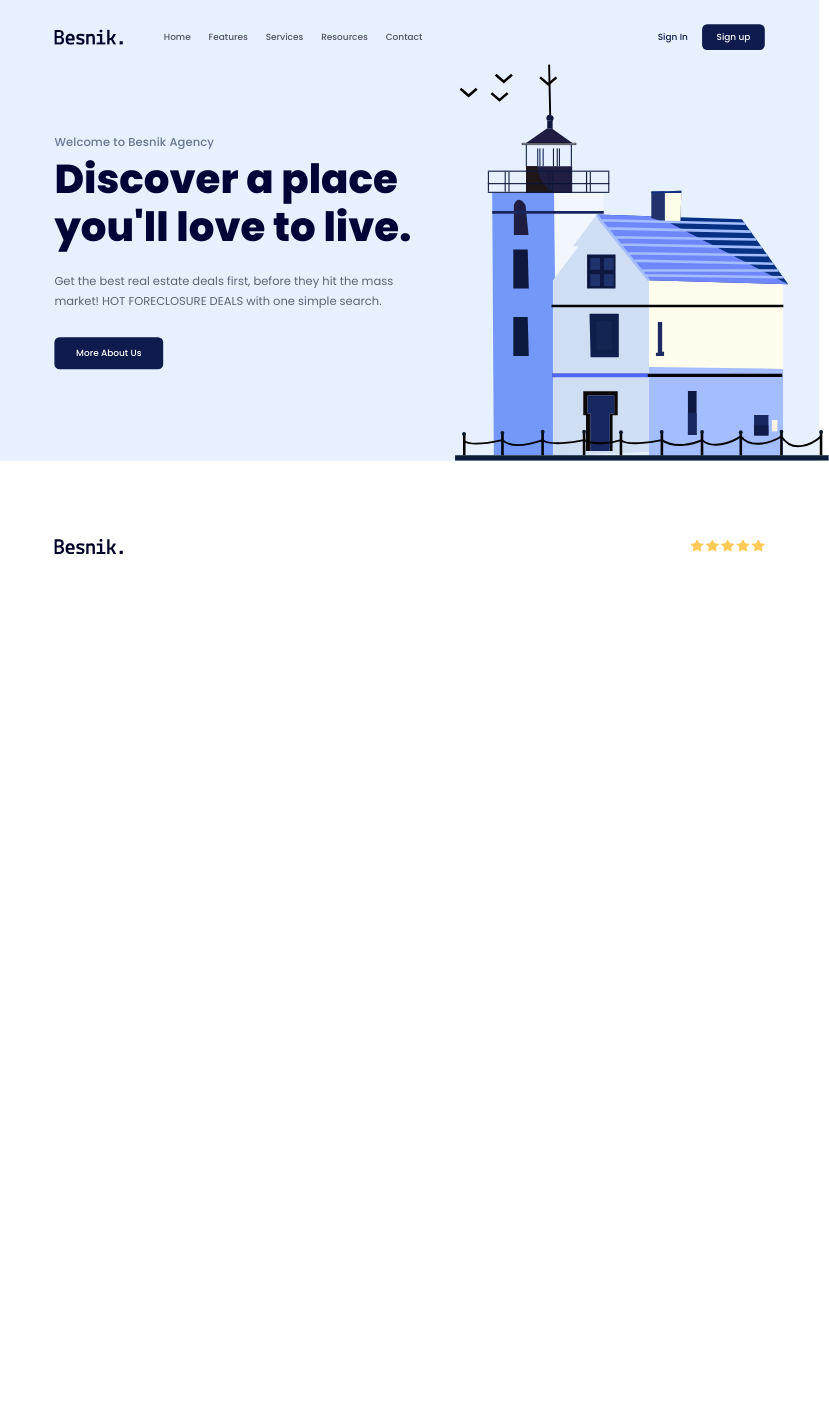
Repository: jessicapaa/F8-Project-01
Page: index.html
The author's editor kept a copy of each file at every save. The page is drawn from the files as they stood at one save, then again after the next save.
The browser window is 1280 px wide. The page is 1295 px wide, so the pictures cover 1295 px, including what lies to the right of the window. The pictures show the whole page, at 64% of full size.

Above is the page before, as saved 2024-03-08 09:17:30.

After the next save:
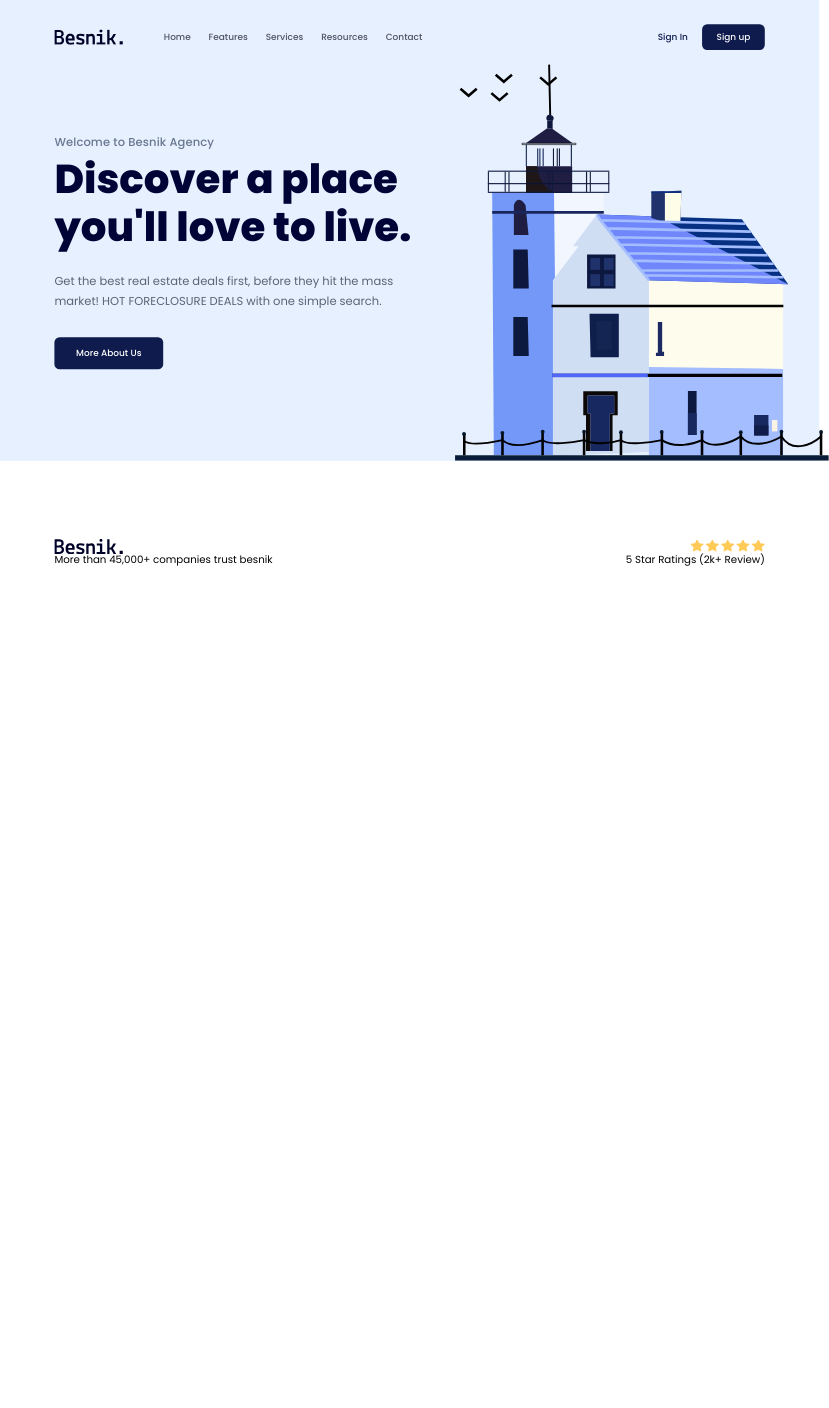
Saved 50 s later.
--- a/index.html
+++ b/index.html
@@ -64,6 +64,10 @@
                         <img src="./assets/img/Star.svg" alt="Stars">
                     </div>
                 </div>
+                <div class="row">
+                    <p class="desc">More than 45,000+ companies trust besnik</p>
+                    <p class="desc">5 Star Ratings (2k+ Review)</p>
+                </div>
             </div>
         </div>
     </main>
